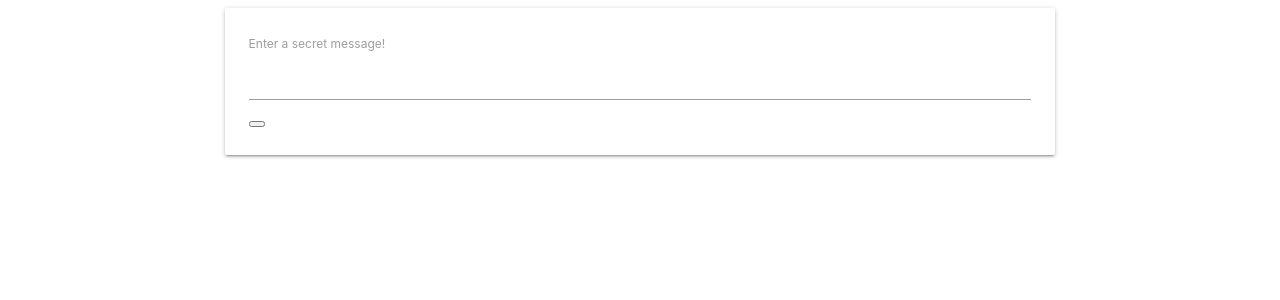
Repository: Sbethm/secret-message-sharing-app
Page: index.html
These files come from the project's save history. The page is drawn as it stood at one moment and after a run of saves; the edit follows.
The browser window is 1280 px wide. The pictures show the whole page.

Above is the page before, as saved 2021-10-11 16:02:25.

### index.html
<!DOCTYPE html>
<html lang="en">
<head>
    <meta charset="UTF-8">
    <meta http-equiv="X-UA-Compatible" content="IE=edge">
    <meta name="viewport" content="width=device-width, initial-scale=1.0">
    <link rel="stylesheet" href="https://cdnjs.cloudflare.com/ajax/libs/materialize/1.0.0/css/materialize.min.css">
    <title>Secret Message Sharing App with Friends!</title>
</head>
<body>
    <div class="row">
        <div class="col s8 offset-s2">
            <div class="card-panel">
                <form action="">
                    <label for="">Enter a secret message!</label>
                    <input />
                    <button
                </form>
            </div>
        </div>
    </div>
    <script src="apps.js"></script>
</body>
</html>

Loaded but not shown: apps.js (common file)

After the next 3 saves:
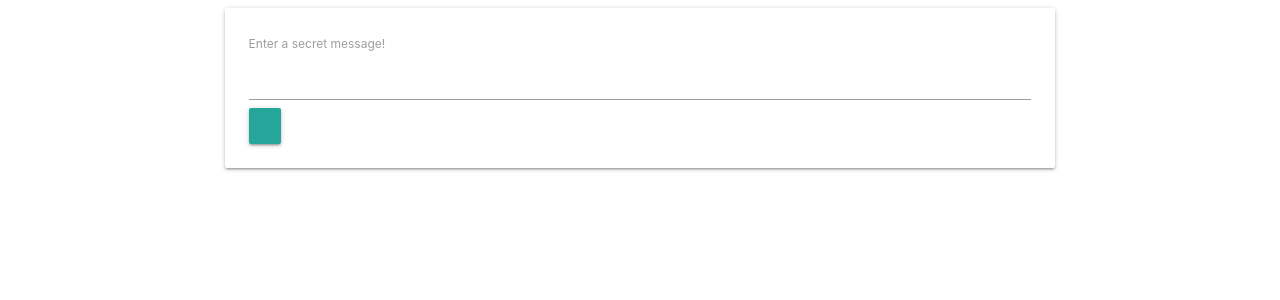
The 3 saves are shown as one change because they came seconds apart.
The last was saved 8 s later.
--- a/index.html
+++ b/index.html
@@ -14,7 +14,7 @@
                 <form action="">
                     <label for="">Enter a secret message!</label>
                     <input />
-                    <button
+                    <button class="btn"></button>
                 </form>
             </div>
         </div>
